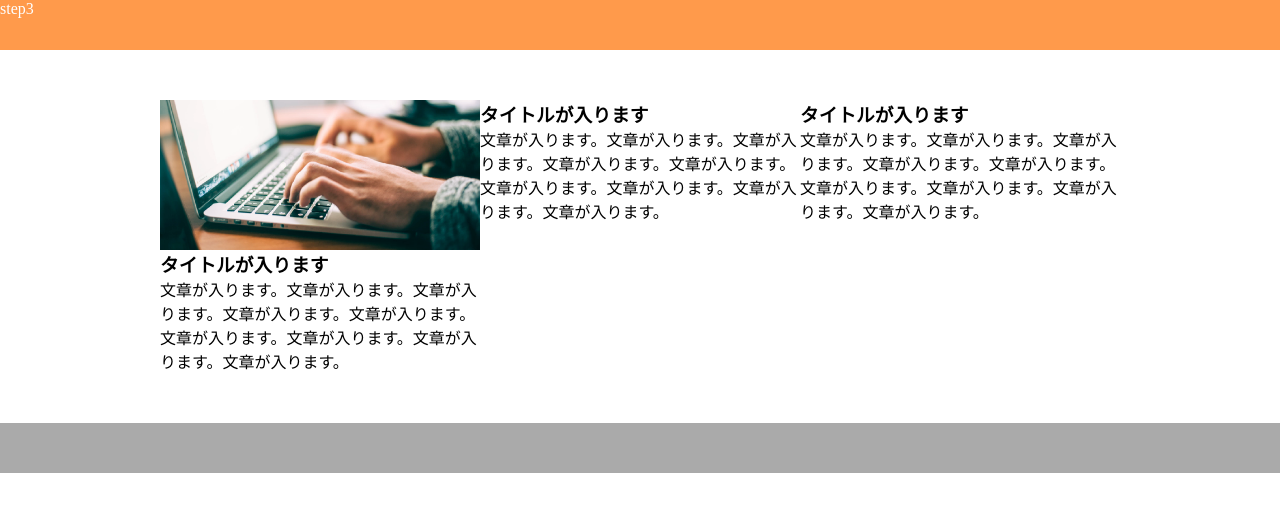
Repository: YuraTajima/DMM-all
Page: chapter9/chapter9.html
The author's editor kept a record of every edit. The page is drawn from the files as they stood at one moment, then again after the next edit.
The browser window is 1280 px wide. The pictures show the whole page.

Above is the page before.

### chapter9/chapter9.html
<!DOCTYPE html>

<html lang="ja">

  <head>

    <meta charset="UTF-8" />

    <title>chapter9</title>

    <link rel="stylesheet" href="chapter9.css" />

  </head>


  <body>

    <header>
      <!--オレンジ-->
    </header>


    <main>

      <div class="box1">

        <span class="step">step1</span>

        <div class="box1-image"></div>

        <h3>タイトルが入ります</h3>

        <p>文章が入ります。文章が入ります。文章が入ります。文章が入ります。文章が入ります。文章が入ります。文章が入ります。文章が入ります。文章が入ります。</p>

      </div>


      <div class="box2">

        <span class="step">step2</span>

        <h3>タイトルが入ります</h3>

        <p>文章が入ります。文章が入ります。文章が入ります。文章が入ります。文章が入ります。文章が入ります。文章が入ります。文章が入ります。文章が入ります。</p>

      </div>


      <div class="box3">

        <span class="step">step3</span>

        <h3>タイトルが入ります</h3>

        <p>文章が入ります。文章が入ります。文章が入ります。文章が入ります。文章が入ります。文章が入ります。文章が入ります。文章が入ります。文章が入ります。</p>

      </div>

    </main>


    <footer>
      <!--グレー-->
    </footer>

  </body>
</html>

### chapter9/chapter9.css
*{
  margin: 0;
  padding: 0;
  box-sizing: border-box;
}

header{
  width: 100%;
  height: 50px;
  background-color: #FF9A4B;
}


main{
  width: 960px;
  display: flex;
  margin: 50px auto;
}

.box{
  width: 300px;
  margin-right: 30px;
  padding: 10px;
  position: relative;
  background-color: #EEEEEE;
}

.box:last-child{
  margin-right: 0;
}

.step{
  position: absolute;
  top: 0;
  left: 0;
  background-color: #FF9A4B;
  color: #fff;
}

.box1-image{
  height: 150px;
  background-image: url(img/flow01.png);
  background-position: bottom;
  background-size: cover;
}

.box2-image{
  height: 150px;
  background-image: url(img/flow02.png);
  background-position: bottom;
  background-size: cover;
}

.box3-image{
  height: 150px;
  background-image: url(img/flow03.png);
  background-position: bottom;
  background-size: cover;
}

.title{
  margin: 15px 0 5px;
}

footer{
  width: 100%;
  height: 50px;
  background-color: #AAAAAA;
}

@media screen and (max-width:768px){

  header{
    width: 100%;
  }

  main{
    width: 100%;
    display: block;

  }

  .box{
    width: 90%;
    margin-bottom: 20px;
  }

  .box:last-child{
  margin-bottom: 0;
}

  footer{
    width: 100%;
  }


}

After the next edit:
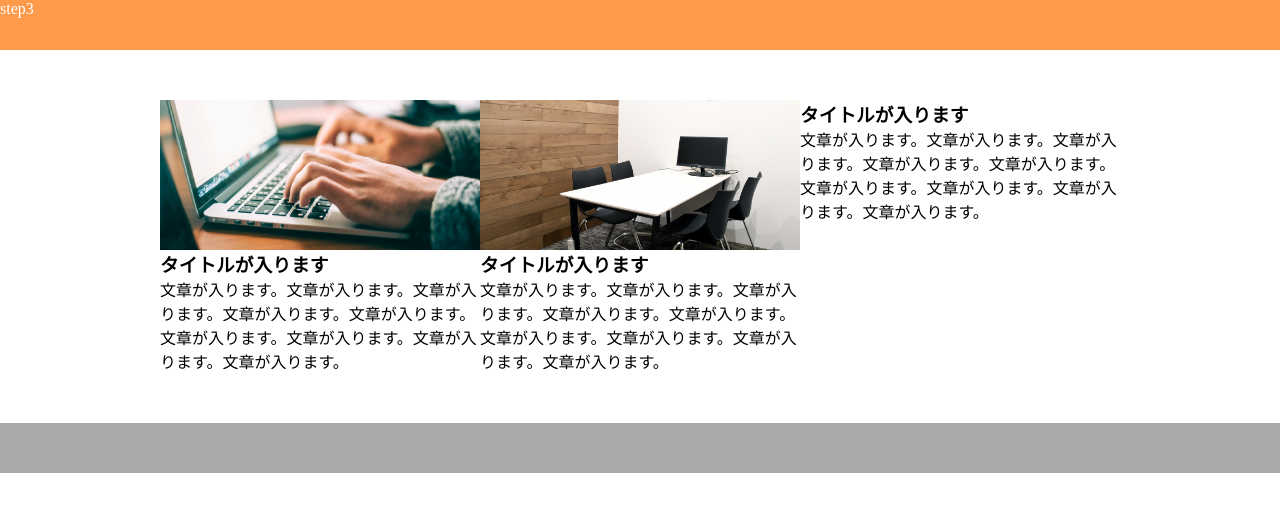
The edit:
--- a/chapter9/chapter9.html
+++ b/chapter9/chapter9.html
@@ -39,6 +39,8 @@
 
         <span class="step">step2</span>
 
+        <div class="box2-image"></div>
+
         <h3>タイトルが入ります</h3>
 
         <p>文章が入ります。文章が入ります。文章が入ります。文章が入ります。文章が入ります。文章が入ります。文章が入ります。文章が入ります。文章が入ります。</p>
